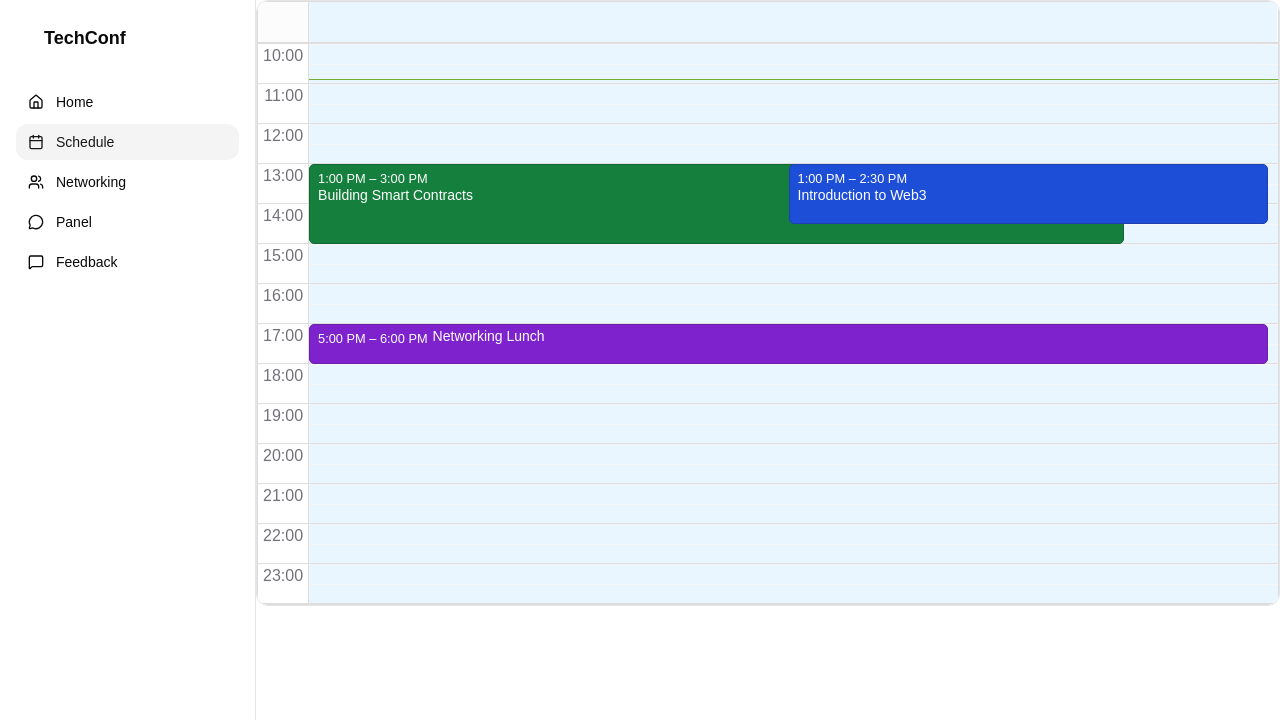
Repository: mrnavdal/symposium-2024
Page: /schedule (app in symposium24/)
An editor plug-in stored every save of this project. The page is shown before and after the next save, followed by the edit.
The browser window is 1280 px wide. The pictures show the whole page.
The project was rebuilt for these pictures with package versions that can differ from the ones it lists, and the page was loaded fresh each time. The framework's server and built-in components were replaced by stand-ins that run in the browser. Also part of the build but not shown: symposium24/next.config.ts.

Above is the page before, as saved 2024-11-08 14:45:17.

After the next save:
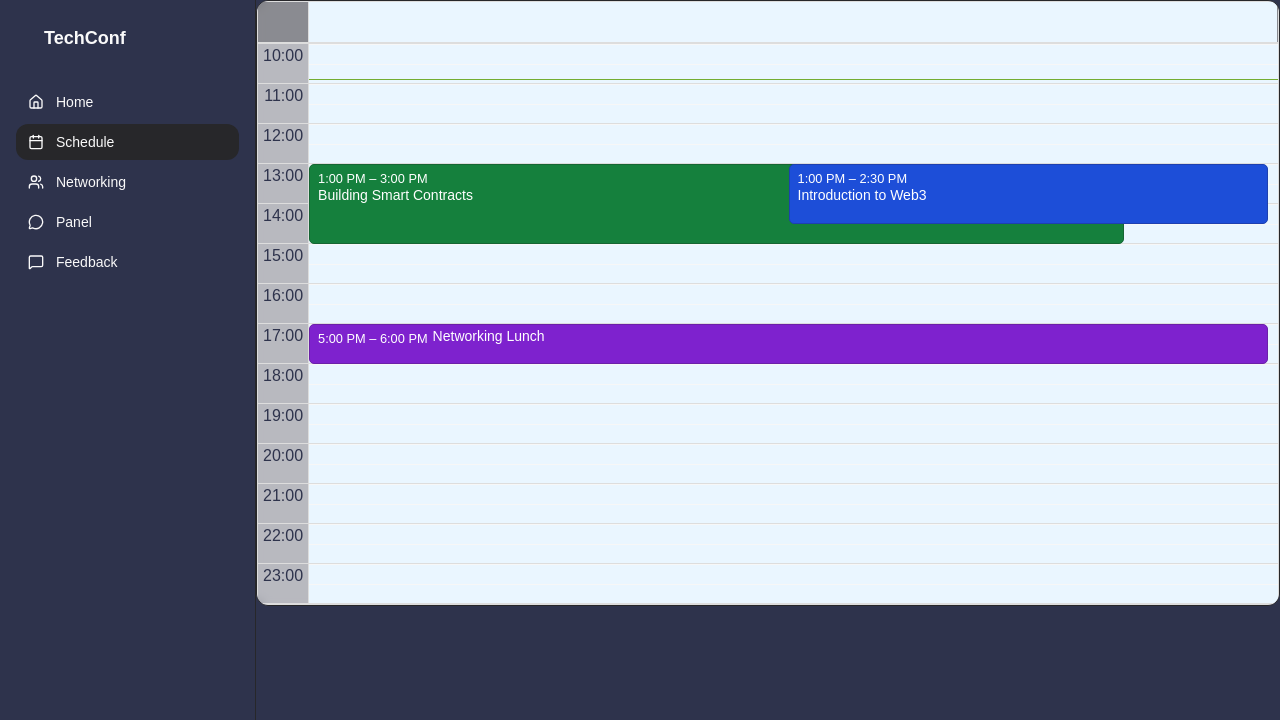
Saved 58 s later.
--- a/symposium24/src/app/layout.tsx
+++ b/symposium24/src/app/layout.tsx
@@ -1,6 +1,6 @@
 import type { Metadata } from "next";
 import localFont from "next/font/local";
-import { ThemeProvider } from "@/components/ThemeProvider";
+import { ThemeProvider } from 'next-themes';
 import { Navigation } from "@/components/Navigation";
 import "./globals.css";
 import '@/styles/calendar.css'
@@ -28,15 +28,15 @@ export default function RootLayout({
 }>) {
   return (
     <html lang="en" suppressHydrationWarning>
-      <body className={`${geistSans.variable} ${geistMono.variable} antialiased min-h-screen m-0 p-0`}>
+      <body className={`${geistSans.variable} ${geistMono.variable} antialiased min-h-screen`}>
         <ThemeProvider
           attribute="class"
-          defaultTheme="system"
+          defaultTheme="dark"
           enableSystem
           disableTransitionOnChange
         >
           <Navigation />
-          <main className="pb-0 md:pb-0 md:pl-64">
+          <main className="pb-16 md:pb-0 md:pl-64">
             {children}
           </main>
         </ThemeProvider>
